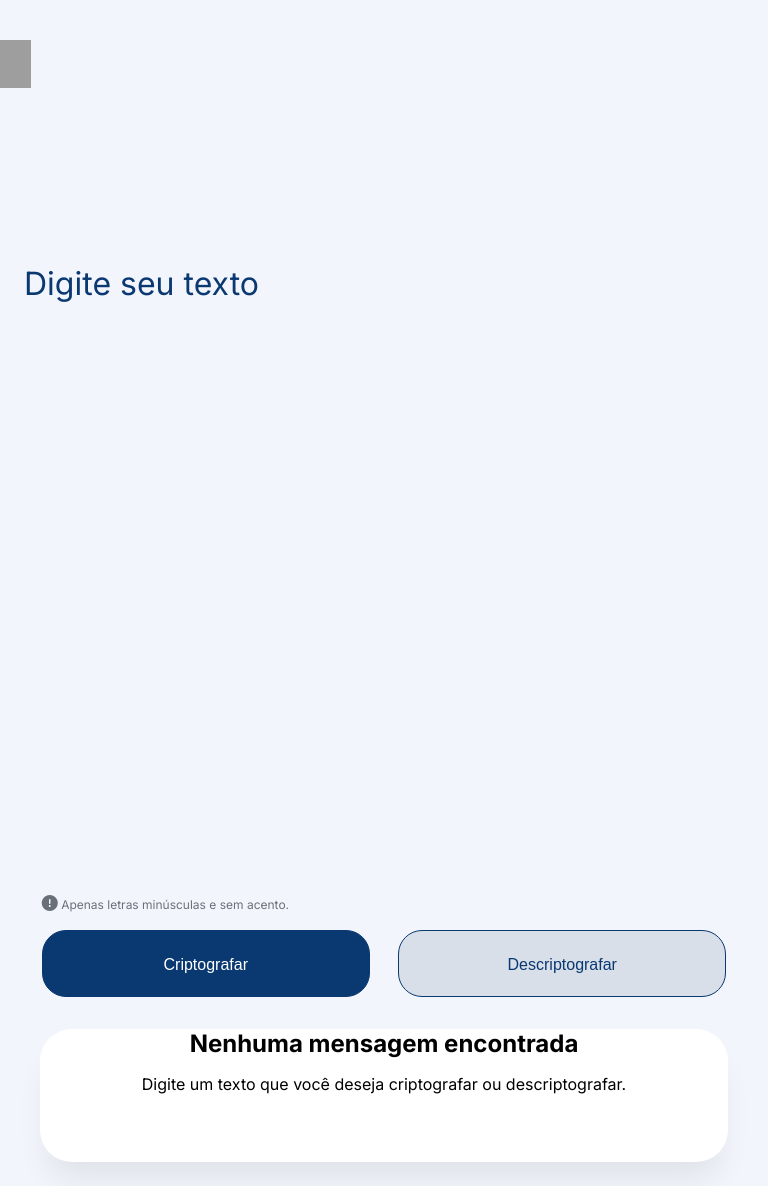
Repository: CarlosEduardoVdeOliveira/descodificador-de-texto
Page: index.html
An editor plug-in stored every save of this project. The page is shown before and after the next save, followed by the edit.
The browser window is 768 px wide. The pictures show the whole page.
Pictures or frames that could not be fetched are drawn as grey boxes.

Above is the page before, as saved 2023-04-13 09:04:34.

### index.html
<!DOCTYPE html>
<html lang="en">
<head>
   <meta charset="UTF-8">
   <link rel="preconnect" href="https://fonts.googleapis.com">
   <link rel="preconnect" href="https://fonts.gstatic.com" crossorigin>
   <meta http-equiv="X-UA-Compatible" content="IE=edge">
   <meta name="viewport" content="width=device-width, initial-scale=1.0">
   <link href="https://fonts.googleapis.com/css2?family=Inter:wght@400;700&display=swap" rel="stylesheet">
   <link rel="stylesheet" href="https://cdnjs.cloudflare.com/ajax/libs/font-awesome/6.4.0/css/all.min.css" integrity="sha512-iecdLmaskl7CVkqkXNQ/ZH/XLlvWZOJyj7Yy7tcenmpD1ypASozpmT/E0iPtmFIB46ZmdtAc9eNBvH0H/ZpiBw==" crossorigin="anonymous" referrerpolicy="no-referrer" />
   <link rel="stylesheet" href="/public/styles/reset.css">
   <link rel="stylesheet" href="/public/styles/index.css">
   <link rel="stylesheet" href="/public/styles/tablet.css">
   <link rel="stylesheet" href="/public/styles/mobile.css">
   <title>Decodificador</title>
</head>
<body>
   <main>
      <img src="/public/images/imageLogo2.png"
         alt="letra a da logo da escola de programação Alura">
      <div class="frist-area">
         <textarea class="textarea-input" placeholder="Digite seu texto" autofocus></textarea>
         <div class="info">
            <span>
               <i class="fa-solid fa-circle-exclamation"></i>
               Apenas letras minúsculas e sem acento.
            </span>
            <div class="info-group-button">
               <button class="button-cryptography">Criptografar</button>
               <button class="button-decryption">Descriptografar</button>
            </div>
         </div>
      </div>
      <div class="text-cryption">
         <img src="/public/images/imageHighLight.svg" alt="">
         <div>
            <h2>Nenhuma mensagem encontrada</h2>
            <p>
               Digite um texto que você deseja criptografar ou descriptografar.
            </p>
         </div>
      </div>
   </main>
   <script src="/public/scripts/index.js"></script>
</body>
</html>

### public/styles/reset.css
:root{
   --light-gray: #D8DFE8;
   --gray-100: #CED4DA;
   --gray-200: #ADB5BD;
   --gray-300: #868E96;
   --gray-400: #495057;
   --gray-500: #343A40;
   --light-blue-100: #F3F5FC;
   --light-blue-200: #EFF1FA;
   --light-blue-300: #E9ECF8;
   --light-blue-400: #AAB2D5;
   --light-blue-500: #757FB2;
   --dark-blue-100: #609ED4;
   --dark-blue-200: #356EA9;
   --dark-blue-300: #0A3871;
   --dark-blue-400: #072B61;
   --dark-blue-500: #052051;
}
*{
   margin: 0;
   padding: 0;
   box-sizing: border-box;
}

html{
   font-family:  'Inter', sans-serif;
   font-size: 1rem;
}

### public/styles/index.css
/* header{
   width: 100%;
   height: 2.5rem;
} */
body{
   background-color: var(--light-blue-100);
}
img{
   width: 1.943rem;
   height: 3rem;
   margin-top: 2.5rem;
}
main {
   display: flex;
   justify-content: space-around;
   align-items: self-start;
   margin: 0 auto;
}
.frist-area{
   display: flex;
   flex-direction: column;
   margin-top: 7.5rem;
}
textarea.textarea-input{
   width: 100%;
   height: 39.68rem;
   font-family: 'Inter';
   font-size: 32px;
   line-height: 150%;
   background-color: var(--light-blue-100);
   color: var(--dark-blue-300);
   border: none;
   resize: none;
   margin: 1.5rem auto;
   padding: 1.5rem;
}
textarea.textarea-input:focus{
   outline: 0;
}

textarea.textarea-input::placeholder{
   color: var(--dark-blue-300);
}

i{
   color: var(--gray-400);
   font-size: 1rem;
}
span{
   font-size: 12px;
   color: var(--gray-400);
   line-height: 150%;
   opacity: 0.8;
   margin-bottom: 1rem;
}
button{
   padding: 1.5rem;
   gap: .5rem;
   width: 328px;
   height: 67px;
   border-radius: 1.5rem;
   cursor: pointer;
   font-size: 1rem;
   line-height: 19px;
   border: 1px solid var(--dark-blue-300);
   transition: all .2s;
}
.button-cryptography{
   background-color: var(--dark-blue-300);
   color: white;
   margin-right: 1.5rem;
}
.button-cryptography:hover{
   background-color: var(--dark-blue-400);
}
.button-decryption{
   background: var(--light-gray);
   color: var(--dark-blue-300);
}
.button-decryption:hover{
   background-color: var(--light-blue-200);
}
.text-cryption{
   width: 25rem;
   margin: 2.5rem;
   padding: 15.188rem 2rem;
   text-align: center;
   background-color: white;
   /* shadow */
   box-shadow: 0px 24px 32px -8px rgba(0, 0, 0, 0.08);
   border-radius: 32px;
}
.text-cryption img{
   width: 21rem;
   height: 19rem;
}
.text-cryption div{
   display: flex;
   flex-direction: column;

   margin-top: 2rem;
   padding: 0px;
   gap: 16px;
}
.format-text-cryption{
   /* padding: 2rem;
   position: relative; */

}

.button-copy-cryption{
   background-color: white;
}
.button-copy-cryption:hover{
   background-color: var(--light-blue-200);
}

### public/styles/tablet.css
@media (max-width: 768px) {
   main{
      display: block;
   }
   .textarea-input{
      margin: 0 auto;
   }
   .info{
      display: flex;
      flex-direction: column;
      margin: 0 auto;
   }
   .text-cryption{
      width: 43rem;
      height: 8.313rem;
      padding: 0;
      margin: 1.5rem auto;
   }
   .text-cryption img{
      display: none;
   }
}

### public/styles/mobile.css
@media (max-width: 375px) {
   img{
      margin: 1rem;
   }
   .info{
      margin: 0 auto;
   }
   .info-group-button{
      display: flex;
      flex-direction: column;
   }
   .info-group-button .button-cryptography{
      margin-bottom: 1.5rem;
   }
   .text-cryption{
      width: 20.438rem;
      height: 11.625rem;
      padding: 0;
      margin: 1.5rem auto;
   }
}

### public/scripts/index.js
const elementTextarea = document.querySelector("textarea.textarea-input");
const areaCryption = document.querySelector(".text-cryption");
const buttonCryptography = document.querySelector(".button-cryptography");
const buttonDecryption = document.querySelector(".button-decryption");


function alterTextCryptionArea(){
   areaCryption.classList.remove('text-cryption')
   areaCryption.innerHTML = `
      <p>${elementTextarea.value}</p>
      <button class="button-copy-cryption">Copiar</button>
   `;
}
/*
function copyText(){
   const text = document.querySelector("format-text-cryption")
   text.select();
   document.execCommand('copy');
} */
/* document.querySelector("button-copy-cryption").onclick = copyText */
buttonCryptography.onclick = alterTextCryptionArea
buttonDecryption.onclick = alterTextCryptionArea

After the next save:
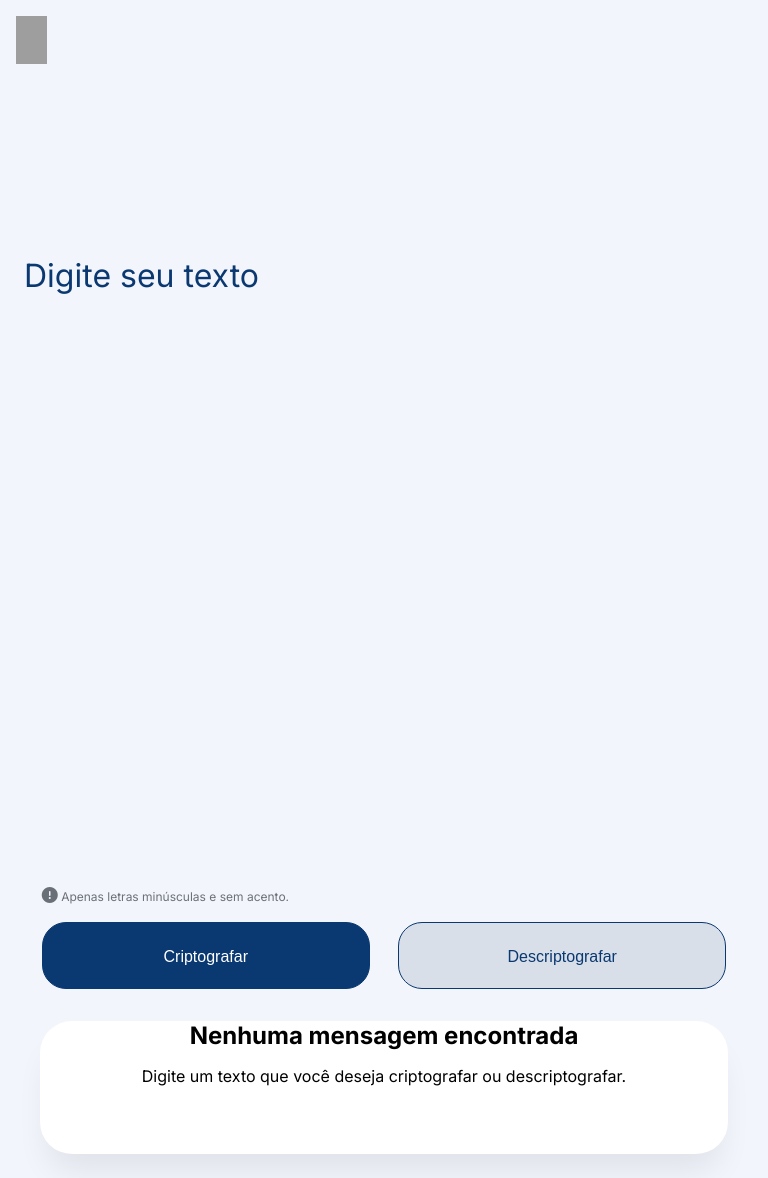
Saved 1 s later.
--- a/public/styles/tablet.css
+++ b/public/styles/tablet.css
@@ -1,6 +1,9 @@
 @media (max-width: 768px) {
    main{
       display: block;
+   }
+   img{
+      margin: 1rem;
    }
    .textarea-input{
       margin: 0 auto;
